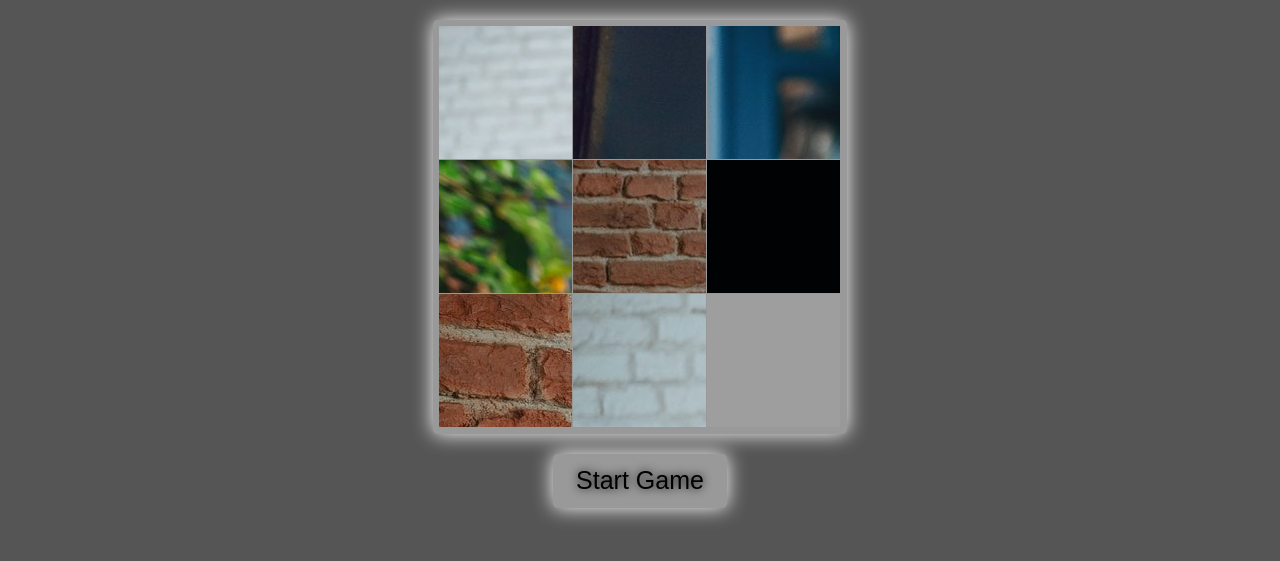
Repository: Izayah60/A-Puzzle-Game-Using-HTML-CSS-and-JavaScript
Page: Puzzle_Game.html
An editor plug-in stored every save of this project. The page is shown before and after the next save, followed by the edit.
The browser window is 1280 px wide. The pictures show the whole page.
The pointer rests on the first visible `#launch`.
Pictures or frames that could not be fetched are drawn as grey boxes.

Above is the page before, as saved 2022-05-25 15:26:41.

### Puzzle_Game.html
<!DOCTYPE html>
<html>
    <head>
        <title>Puzzle Game</title>
        <link rel="stylesheet" type="text/css" href="style.css">
    </head>
    <body>
        <div id="moves"></div>
        <div id="tab_grid">
            <div class="clks" id="p11">11</div>
            <div class="clks" id="p12">12</div>
            <div class="clks" id="p13">13</div>
            <div class="clks" id="p21">21</div>
            <div class="clks" id="p22">22</div>
            <div class="clks" id="p23">23</div>
            <div class="clks" id="p31">31</div>
            <div class="clks" id="p32">32</div>
            <div class="clks" id="p33">33</div>
        </div>
        <div id="launch">Start Game</div>
    </body>
</html>

### style.css
body {
    background-color: #555;
}

#tab_grid {
    width: 402px;
    height: 402px;
    border: 5px solid #999;
    border-radius: 5px;
    display: grid;
    grid-template-columns: auto auto auto;
    padding: 1px;
    margin: auto;
    margin-top: 20px;
    background-color: #999;
    box-shadow: 0px 0px 20px white;
}

.clks {
    height: 133px;
    width: 133px;
    font-size: 0.1px;
}


#p11 {
    background: url('11.jpg');
}

#p12 {
    background: url('12.jpg');
}

#p13 {
    background: url('13.jpg');
}

#p21 {
    background: url('21.jpg');
}

#p22 {
    background: url('22.jpg');
}

#p23 {
    background: url('23.jpg');
}

#p31 {
    background: url('31.jpg');
}

#p32 {
    background: url('32.jpg');
}

#p33 {
    background: url('33.jpg');
}

#launch {
    width: 170px;
    margin: auto;
    margin-top: 20px;
    border: 2px solid #999;
    height: 40px;
    border-radius: 5px;
    text-align: center;
    padding-top: 10px;
    color: black;
    background-color: #999;
    box-shadow: 0px 0px 20px #FFF;
    text-shadow: 0px 0px 10px #000;
    cursor: pointer;
    font-family: 'Arial';
    font-size: 25px;
}

After the next save:
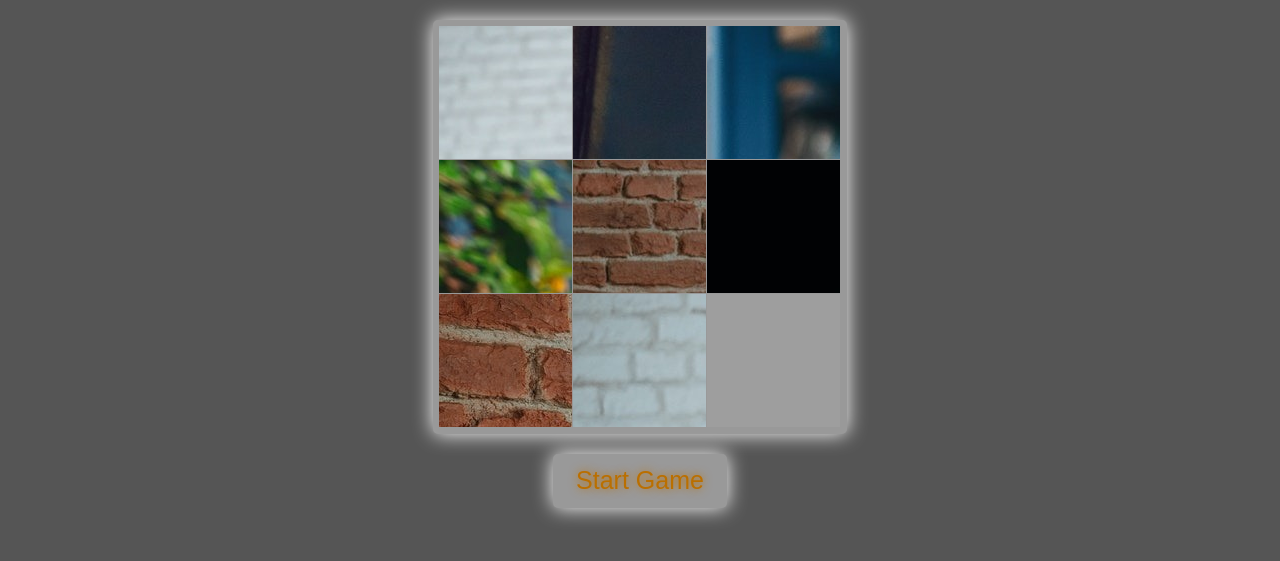
Saved 96 s later.
--- a/style.css
+++ b/style.css
@@ -76,3 +76,7 @@ body {
     font-family: 'Arial';
     font-size: 25px;
 }
+#launch:hover {
+    color: #BA6F00;
+    text-shadow: 0px 0px 10px #BA6F00;
+}
